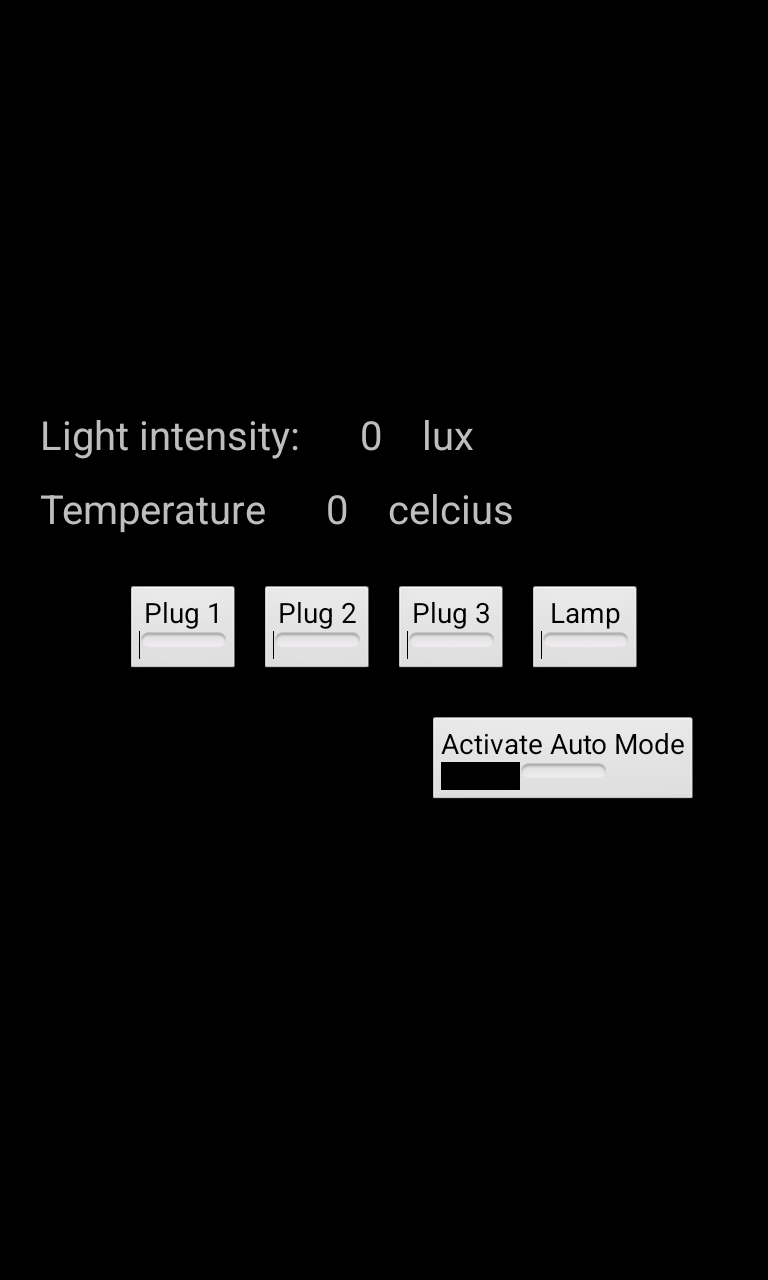
Repository: deanzaka/Shroom-Smart-Terminal
Layout: IOIOShroomST/res/layout/main.xml
An editor plug-in stored every save of this project. The layout is shown before and after the next save, followed by the edit.
It is drawn on a 768 x 1280 px phone screen (xhdpi) without system bars, with theme android:Theme; the app's code is not run.

Above is the layout before, as saved 2014-11-16 22:25:34.

### IOIOShroomST/res/layout/main.xml
<?xml version="1.0" encoding="utf-8"?>
<LinearLayout xmlns:android="http://schemas.android.com/apk/res/android"
    android:orientation="vertical"
    android:layout_width="fill_parent"
    android:layout_height="fill_parent">

    <RelativeLayout
		android:layout_width="match_parent"
		android:layout_height="wrap_content"
		android:orientation="horizontal"
		android:gravity="left"
		android:paddingTop="30dp">

        <TextView
		    android:id="@+id/DisplayTime"
		    android:layout_width="wrap_content"
		    android:layout_height="wrap_content"
		    android:paddingLeft="20dp"
		    android:textSize="70sp" />

        <TextView
		    android:id="@+id/DisplayDate"
		    android:layout_below="@id/DisplayTime"
		    android:layout_width="wrap_content"
		    android:layout_height="wrap_content"
		    android:paddingLeft="20dp"
		    android:textSize="30sp" />

	</RelativeLayout>

	<RelativeLayout
		android:layout_width="match_parent"
		android:layout_height="wrap_content"
		android:orientation="horizontal"
		android:gravity="left"
		android:paddingTop="40dp">

		<TextView
		    android:id="@+id/LightLabel"
			android:text="@string/light_label"
			android:layout_width="wrap_content"
			android:layout_height="wrap_content"
			android:layout_alignParentLeft="true"
			android:paddingLeft="20dp"
			android:paddingRight="30dp"
			android:textSize="20sp"
			/>

		<TextView
		    android:id="@+id/LuxValue"
		    android:layout_width="wrap_content"
		    android:layout_height="wrap_content"
		    android:layout_toRightOf="@id/LightLabel"
		    android:paddingRight="20dp"
		    android:text="0"
		    android:textSize="20sp" />

		<TextView
			android:id="@+id/LuxLabel"
			android:text="@string/lux_label"
			android:layout_width="wrap_content"
			android:layout_height="wrap_content"
			android:layout_toRightOf="@id/LuxValue"
			android:textSize="20sp"
			/>
	</RelativeLayout>

	<RelativeLayout
		android:layout_width="wrap_content"
		android:layout_height="wrap_content"
		android:orientation="horizontal"
		android:gravity="left"
		android:paddingTop="10dp">

		<TextView
			android:id="@+id/TempLabel"
			android:text="@string/temp_label"
			android:layout_width="wrap_content"
			android:layout_height="wrap_content"
			android:paddingLeft="20dp"
			android:paddingRight="30dp"
			android:textSize="20sp"
			/>
		<TextView
			android:id="@+id/TempValue"
			android:text="0"
			android:layout_width="wrap_content"
			android:layout_height="wrap_content"
			android:layout_toRightOf="@id/TempLabel"
			android:paddingRight="20dp"
			android:textSize="20sp"
			/>
		<TextView
			android:id="@+id/CelLabel"
			android:text="@string/cel_label"
			android:layout_width="wrap_content"
			android:layout_height="wrap_content"
			android:layout_toRightOf="@id/TempValue"
			android:textSize="20sp"
			/>
	</RelativeLayout>

	<RelativeLayout
	    android:layout_width="match_parent"
		android:layout_height="wrap_content"
		android:orientation="horizontal"
		android:gravity="center_horizontal"
		android:paddingTop="20dp">

	    <ToggleButton
			android:id="@+id/Terminal1"
			android:layout_width="wrap_content"
			android:layout_height="wrap_content"
			android:layout_margin="5dp"
			android:text="@string/terminal_1"
			android:textOn="@string/terminal_1"
			android:textOff="@string/terminal_1"
			/>

		<ToggleButton
			android:id="@+id/Terminal2"
			android:layout_width="wrap_content"
			android:layout_height="wrap_content"
			android:layout_toRightOf="@id/Terminal1"
			android:layout_margin="5dp"
			android:text="@string/terminal_2"
			android:textOn="@string/terminal_2"
			android:textOff="@string/terminal_2"
			/>

		<ToggleButton
			android:id="@+id/Terminal3"
			android:layout_width="wrap_content"
			android:layout_height="wrap_content"
			android:layout_toRightOf="@id/Terminal2"
			android:layout_margin="5dp"
			android:text="@string/terminal_3"
			android:textOn="@string/terminal_3"
			android:textOff="@string/terminal_3"
			/>

		<ToggleButton
			android:id="@+id/Lamp"
			android:layout_width="wrap_content"
			android:layout_height="wrap_content"
			android:layout_toRightOf="@id/Terminal3"
			android:layout_margin="5dp"
			android:text="@string/lamp"
			android:textOn="@string/lamp"
			android:textOff="@string/lamp"
			/>
	</RelativeLayout>

	<RelativeLayout
	    android:layout_width="match_parent"
		android:layout_height="wrap_content"
		android:orientation="horizontal"
		android:gravity="right"
		android:paddingTop="10dp"
		android:paddingRight="30dp">

	    <ToggleButton
			android:id="@+id/AutoMode"
			android:layout_width="wrap_content"
			android:layout_height="wrap_content"
			android:layout_margin="5dp"
			android:text="@string/auto_label"
			android:textOn="Deactivate Auto Mode"
			android:textOff="Activate Auto Mode"
			/>
	</RelativeLayout>

	</LinearLayout>

### IOIOShroomST/res/values/strings.xml
<?xml version="1.0" encoding="utf-8"?>
<resources>
    <string name="app_name">Shroom - Smart Outlet</string>
    <string name="terminal_1">Plug 1</string>
    <string name="terminal_2">Plug 2</string>
    <string name="terminal_3">Plug 3</string>
    <string name="lamp">Lamp</string>

    <string name="light_label">Light intensity: </string>
    <string name="temp_label">Temperature</string>
    <string name="cel_label">celcius</string>
    <string name="lux_label">lux</string>

    <string name="auto_label">Auto Mode</string>




</resources>

After the next save:
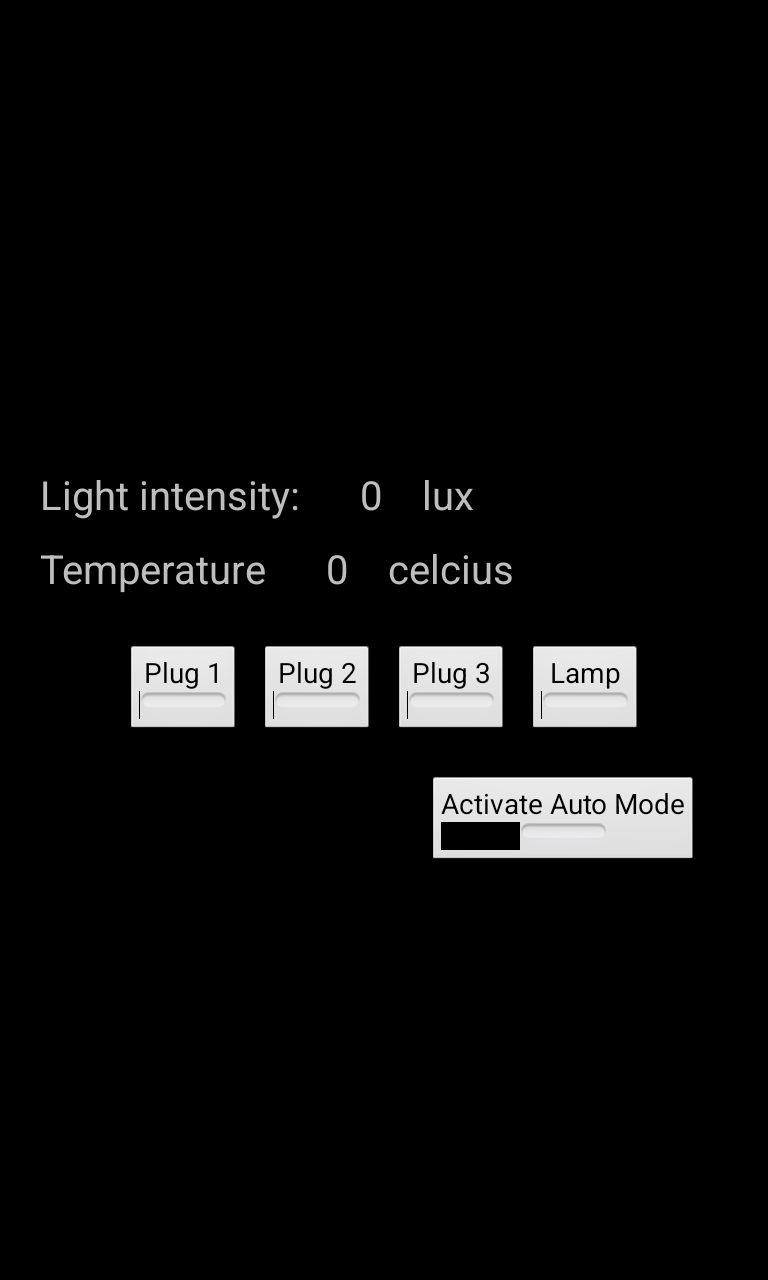
Saved 34 s later.
--- a/IOIOShroomST/res/layout/main.xml
+++ b/IOIOShroomST/res/layout/main.xml
@@ -33,7 +33,7 @@
 		android:layout_height="wrap_content"
 		android:orientation="horizontal"
 		android:gravity="left"
-		android:paddingTop="40dp">
+		android:paddingTop="70dp">
 
 		<TextView
 		    android:id="@+id/LightLabel"
